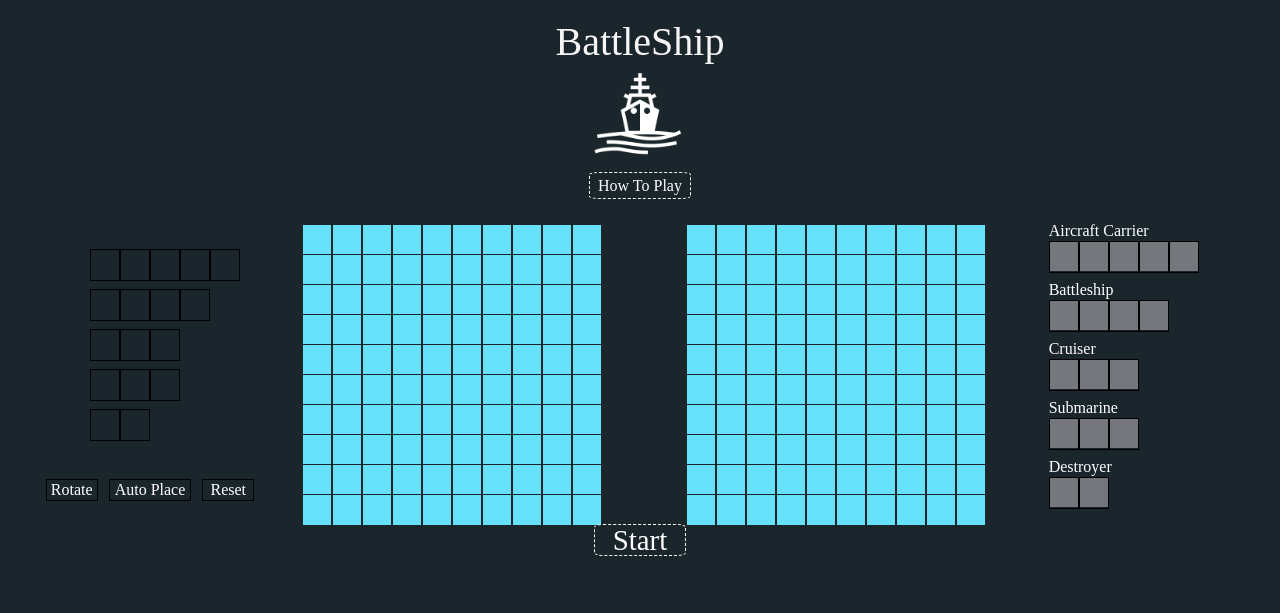
Repository: J-Haze/BattleshipApp
Page: /
An editor plug-in stored every save of this project. The page is shown before and after a run of saves, followed by the edit.
The browser window is 1280 px wide. The pictures show the whole page.
The project was rebuilt for these pictures with package versions that can differ from the ones it lists, and the page was loaded fresh each time. Also part of the build but not shown: src/index.css, src/Components/ModalEnd.js, src/Components/ModalHowTo.js.

Above is the page before, as saved 2020-09-26 22:26:22.

### src/App.js
import React from "react";
import "./App.css";
import Game from "./Components/Game";
import Header from "./Components/Header"
// import { ProgressPlugin } from "webpack";

//test

function App() {
  return (
    <div className="App">
      <Header />
      <Game />
    </div>
  );
}

export default App;

### src/App.css
/* test */
:root{
    --black: #1B262C;
    --cyan: #67E1F9;
    --red: #d31727;
    --gray: #74777C;
    --white: #FFFFFF;
}

body {
    color: var(--white);
    background-color: var(--black)
}

header {
    /* border: 1px solid black; */

    display: flex;
    flex-direction: column;
    justify-content: center;
    align-items: center;
    margin-left: auto;
    margin-right: auto;
    width: 1200px;
    /* height: 80px; */

}

/* div {
    border: 1px solid black;
} */

#battleship{
    font-size: 2.5em;
    margin-top: 10px;
    color: rgb(245, 245, 245);
}

#battleship-icon{
    width: 100px;
    margin-top: 2px;
    margin-bottom: 5px;
}

#how-to{
    border: 1px dashed var(--white);
    border-radius: 10%;
    height: 25px;
    width: 100px;
    display: flex;
    justify-content: center;
    align-items: center;
}

#how-to:hover{
    cursor: pointer;
}

#game{
    width: 1200px;
    height: 350px;
    display: flex;
    flex-direction: column;
    /* border: 1px solid blue; */
    margin-left: auto;
    margin-right: auto;
}

.column{
    width: 400px;
    height: 100%;
    /* border: 1px solid red; */
}

.board{
    height: 300px;
    width: 300px;
    margin-left: auto;
    margin-right: auto;
    margin-top: 25px;

    display: grid;
    grid-template-columns: repeat(1, 1fr);
    grid-template-rows: repeat(10, 1fr);
    /* gap: 2px; */
}

.row{
    display: flex;
    /* height: 30px; */
    height: 1fr;
    width: 1fr;
}

.square{
    /* height: 100%;
    width: 10%; */
    display: flex;
    height: 100%;
    width: 10%;
    background-color: var(--cyan);
    border: 1px solid var(--black);
}

.ship{
    background-color: var(--gray);
    height: 100%;
    width: 100%;
}

.hit{
    background-color:var(--red);
    color: black;
    height: 100%;
    width: 100%;
    display: flex;
    justify-content: center;
    align-items: center;
    font-size: 1.4em;
    font-weight: bold;
}

.miss{
    background-color:var(--white);
    height: 100%;
    width: 100%;
    display: flex;
    justify-content: center;
    align-items: center;
    color: black;
    font-size: 1.3em;
}

.sunk{
    background-color: var(--black);
    opacity: 100%;
    height: 100%;
    width: 100%;
}

.empty{
    /* background-color: yellow; */
    height: 100%;
    width: 100%;
}

.clickable:hover{
    background-color: rgb(205, 205, 205);
    /* opacity: 20%; */
    cursor: pointer;
}

#top-row{
    display: flex;
    width: 1200px;
    height: 350px;
    /* border: 1px solid blue; */
    margin-left: auto;
    margin-right: auto;
}

#bottom-row{
    display: flex;
    width: 1000px;
    /* height: 30px; */
    /* border: 1px solid blue; */
    margin-left: auto;
    margin-right: auto;
}

#start-button{
    margin-left: auto;
    margin-right: auto;
    border: 1px dashed var(--white);
    border-radius: 10%;
    height: 25px;
    width: 100px;
    display: flex;
    justify-content: center;
    align-items: center;
}

.fleet-square{
    width: 30px;
    height: 30px;
    border: 1px solid black;
}

.ship-text{
    margin-left: 20px;
    margin-right: auto;
    margin-bottom: 1px;
    /* border: 1px solid black; */
}

.fleet-horizontal{
    height: 220px;
    width: 220px;
    margin-top: 23px;
    margin-left: auto;
    margin-right: auto;
}

#player-fleet{
    height: 220px;
    width: 170px;
    margin-top: 23px;
    margin-left: 50px;
    margin-right: auto;
}

#computer-fleet{
    height: 220px;
    width: 220px;
    margin-top: 23px;
    margin-left: auto;
    margin-right: auto;
}

.player-fleet{
    display: flex;
    flex-direction: column;
    height: 220px;
    width: 220px;
    margin-top: 50px;
    margin-left: auto;
    margin-right: auto;
}

.fleet-vertical{
    display: flex;
    height: 220px;
    width: 220px;
    margin-top: 50px;
    margin-left: auto;
    margin-right: auto;
}

.ship-harbor-vertical{
    display: flex;
    flex-direction: column;
    width: 30px;
    margin-left: 10px;
    margin-top: 50px;
    border: none;
}

.ship-harbor-horizontal{
    display: flex;
    height: 30px;
    margin-bottom: 10px;
    margin-left: 20px;
    border: none;
    background-color: var(--gray);
}

.ship-harbor-horizontal-player{
    display: flex;
    height: 30px;
    margin-bottom: 10px;
    margin-left: 50px;
    border: none;
}

#setup{
    margin-left: auto;
    margin-right: auto;
    justify-content: center;
    align-items: center;
}

#setup-container{
    margin-left: auto;
    margin-right: auto;
    justify-content: center;
    align-items: center;
}

#setup-buttons{
    display: flex;
    margin-top: 10px;
}

.btn{
    height: 20px;
    display: flex;
    justify-content: center;
    align-items: center;
    margin-left: auto;
    margin-right: auto;
    border: 1px solid black;
}

.btn:hover{
    cursor: pointer;
}

#rotate{
    width: 50px;
}

#auto-place{
    width: 80px;
}

#reset{
    width: 50px;
}

.carrier-horizontal{
    width: 150px;
}

.battleship-horizontal{
    width: 120px;
}

.cruiser-horizontal{
    width: 90px;
}

.submarine-horizontal{
    width: 90px;
}

.destroyer-horizontal{
    width: 60px;
}

.carrier-vertical{
    margin-left: 30px;
    height: 150px;
}

.battleship-vertical{
    height: 120px;
}

.cruiser-vertical{
    height: 90px;
}

.submarine-vertical{
    height: 90px;
}

.destroyer-vertical{
    height: 60px;
}

.toggle{
    background-color: gray;
}

.boat-placed{
    background-color: black;
    width: 30px;
    height: 30px;
    border: 1px solid black;
}

#start-button{
    /* border: 1px solid black; */
    display: flex;
    justify-content: center;
    align-items: center;

    width: 90px;
    height: 30px;
    font-size: 1.8em;
}

#start-button:hover{
    cursor: pointer;
}

#newGame{
    /* border: 1px solid black; */
    display: flex;
    justify-content: center;
    align-items: center;
    margin-left: auto;
    margin-right: auto;
    width: 100px;
    height: 30px;
    border: 1px dashed var(--white);
    border-radius: 10%;
    font-size: 1.2em;
}

#newGame:hover{
    cursor: pointer;
}


/* End of Game Modal */

.modal{
    display: block;
    position: fixed;
    z-index: 1;
    left: 0;
    top: 0;
    width: 100vw;
    min-width: 1200px;
    height: 100vh;
    /* overflow: auto; */
    background-color: rgb(0,0,0);
    background-color: rgba(0,0,0,0.4);
  }

  .modal-content{
    display: flex;
    flex-direction: column;
    background-color: #fefefe;
    margin-left: auto;
    margin-right: auto;
    margin-top: 1vh;
    padding: 20px;
    padding-top: 0px;
    border: 1px solid #888;
    width: 600px;
    justify-content: center;
    align-items: center;
    color: black;
    margin-top: 40px;
  }

  .close{
    color: #aaa;
    float: right;
    margin-left: 100%;
    font-size: 28px;
    height: 10px;
    font-weight: bold;
    /* border: 1px solid black; */
  }

  .close:hover, .close:focus {
    color: black;
    text-decoration: none;
    cursor: pointer;
  }

  .message{
      font-size: 3em;
      /* border: 1px solid black; */
      margin-bottom: 5px;
  }

.image{
    width: 500px;
    margin-left: auto;
    margin-right: auto;
    margin-bottom: 20px;
}

.space{
    margin-top: 7px;
}

.phases{
    margin-top: 15px;
}

.setup-space{
    margin-top: 3px;
}

.indent{
    /* margin-left: 5px; */
}

.howToTop{
    font-size: 1.5em;
}

.head{
    font-size: 1.4em;
}

.phases{
    margin-top: 5px;
    margin-bottom: 5px;
}

.list{
    margin-bottom: 2px;
}

#howToModal{
    height: 560px;
}

### src/Components/Game.js
import React, { useState, useEffect } from "react"
import shipFactory from "../factories/ship"
import gameboardFactory from "../factories/gameboard"
import player from "../factories/player"
import Board from "./Board.js"
import Row from "./Row.js"
import PlayerFleet from "./PlayerFleet.js"
import Fleet from "./Fleet.js"
import ModalEnd from "./ModalEnd.js"


function Game() {
    const [playerState, setPlayer] = useState(player("Player"))
    const [computer, setComputer] = useState(player("Computer")) //Eventually change to "computer"
    // ^^^ or get rid of argument


    const [rowState, setRowState] = useState([]);
    let rows = [];

    const [orientation, setOrientation] = useState("horizontal");
    const [placingShip, setPlacingShip] = useState(null);

    const [refresh, setRefresh] = useState(false);
    const [update, setUpdate] = useState(false);

    // const [phase, setPhase] = useState("playerTurn")
    const [phase, setPhase] = useState("setup")

    // const [modalOpen, setModalOpen] = useState(false);
    // const [winner, setWinner] = useState(null);
    const [modalOpen, setModalOpen] = useState(null);
    const [winner, setWinner] = useState(null);

    function handlePlaceShip(id) {
        playerState.gameboard.placeShip(placingShip, id, orientation);
        setPlayer(playerState)
        setUpdate(!update)
    }


    function togglePlacement(toggledShip) {
        if (playerState.gameboard.boatsPlaced.includes(toggledShip)) {
            console.log("Ship already placed")
            return
        }

        if (placingShip == toggledShip) {
            setPlacingShip(null)
        } else {
            setPlacingShip(toggledShip)
        }
    }

    function rotateShips() {
        if (orientation == "vertical") {
            setOrientation("horizontal")
        } else if (orientation == "horizontal") {
            setOrientation("vertical")
        } else {
            console.log("error- rotation")
        }
    }

    let randomID = "";
    let orientationNumber = "";
    let randomOrientation = ""

    function getRandomInt(min, max) {
        min = Math.ceil(min);
        max = Math.floor(max);
        return Math.floor(Math.random() * (max - min + 1)) + min;
    }

    function autoPlaceShipPlayer(ship) {
        while (!playerState.gameboard.boatsPlaced.includes(ship)) {
            randomID = getRandomInt(0, 99);
            orientationNumber = getRandomInt(0, 1);
            (orientationNumber == 0) ? randomOrientation = "horizontal" : randomOrientation = "vertical";
            playerState.gameboard.placeShip(ship, randomID, randomOrientation);
        }
    }

    function autoPlaceShipComputer(ship) {
        while (!computer.gameboard.boatsPlaced.includes(ship)) {
            randomID = getRandomInt(0, 99);
            orientationNumber = getRandomInt(0, 1);
            (orientationNumber == 0) ? randomOrientation = "horizontal" : randomOrientation = "vertical";
            computer.gameboard.placeShip(ship, randomID, randomOrientation);
        }
    }

    function autoPlace(user) {
        if (user == "player") {
            resetBoard();
            autoPlaceShipPlayer("carrier");
            setPlayer(playerState);
            autoPlaceShipPlayer("battleship");
            setPlayer(playerState);
            autoPlaceShipPlayer("cruiser");
            setPlayer(playerState);
            autoPlaceShipPlayer("submarine");
            setPlayer(playerState);
            autoPlaceShipPlayer("destroyer");
            setPlayer(playerState);
            setUpdate(!update);
        };

        if (user == "computer") {
            autoPlaceShipComputer("carrier");
            setComputer(computer);
            autoPlaceShipComputer("battleship");
            setComputer(computer);
            autoPlaceShipComputer("cruiser");
            setComputer(computer);
            autoPlaceShipComputer("submarine");
            setComputer(computer);
            autoPlaceShipComputer("destroyer");
            setComputer(computer);
            setUpdate(!update);
            setRefresh(!refresh);
        };
    };

    function resetBoard() {
        setPlayer(player("Player"));
        setComputer(player("Computer"));
        setPlacingShip(null);
        setUpdate(!update);
        setRefresh(!refresh);
    }

    let attackCoord = "";

    function startGame() {
        if (playerState.gameboard.boatsPlaced.length > 4) {
            autoPlace("computer")
            setPhase("playerTurn")
        }
    };

    function handleClick(id) {
        attackCoord = playerState.sendAttack(id);
        computer.gameboard.receiveAttack(attackCoord);
        setRefresh(!refresh);
        console.log("allSunk?", computer.gameboard.boatsSunk.length)
        if (computer.gameboard.boatsSunk.length > 4) {
            console.log(computer.gameboard.boatsSunk)
            setWinner("Player")
            setModalOpen(true)
            setPhase("gameOver")
        } else {
            setPhase("computerTurn");
        }
    };

    function createRows(board) {
        rows = [];
        for (let i = 0; i < board.length; i += 10) {
            rows.push(board.slice(i, i + 10));
        }
        setRowState(rows);
    }

    useEffect(() => {
        createRows(computer.gameboard.board);
    }, [computer, refresh]
    );

    let randomAttack = 0;
    function computerAttack() {

        attackCoord = computer.sendAttack(1);
        playerState.gameboard.receiveAttack(attackCoord);
        setPlayer(playerState)
        setUpdate(!update);
        setRefresh(!refresh);

        if (playerState.gameboard.boatsSunk.length > 4) {
            console.log(playerState.gameboard.boatsSunk)
            setWinner("Computer")
            setModalOpen(true)
            setPhase("gameOver")
        } else {
            setPhase("playerTurn");
        }
    }



    useEffect(() => {
        if (phase == "computerTurn") {
            computerAttack();
        }
    }, [phase]
    )

    function newGame() {
        resetBoard();
        setModalOpen(false);
        setWinner(null);
        setPhase("setup");
    }

    function hideModal() {
        setModalOpen(false);
    }

    return (
        <div id="game">
            <div id="top-row">
                {modalOpen && <ModalEnd
                    winner={winner}
                    newGame={newGame}
                    hideModal={hideModal}
                />}
                <div id="setup">
                    {(phase == "setup") ?
                        <div id="setup-container">
                            <PlayerFleet
                                id="setup-fleet"
                                className="player-fleet"
                                orient={orientation}
                                togglePlacement={togglePlacement}
                                placingShip={placingShip}
                                phase={phase}
                                boatsPlaced={playerState.gameboard.boatsPlaced}
                                update={update}
                            />
                            <div id="setup-buttons">
                                <div id="rotate" className="btn" onClick={() => rotateShips()}>Rotate</div>
                                <div id="auto-place" className="btn" onClick={() => autoPlace("player")}>Auto Place</div>
                                <div id="reset" className="btn" onClick={() => resetBoard()}>Reset</div>
                            </div>
                        </div>
                        :
                        <Fleet
                            id="player-fleet"
                            phase={phase}
                            boatsSunk={playerState.gameboard.boatsSunk}
                            refresh={refresh}
                        />
                    }
                </div>

                <div id="col-one" className="column">
                    <Board
                        key={"player"}
                        id="player-board"
                        board={playerState.gameboard.board}
                        phase={phase}
                        boardID={"player"}
                        handlePlaceShip={handlePlaceShip}
                        update={update}
                    // handleClick={}
                    // handleTest={handleTest}
                    />


                </div>
                <div id="col-two" className="column">
                    <div id="computer-board" className="board">
                        {rowState.map((row, i) => {
                            return (
                                <Row
                                    key={i}
                                    roww={i}
                                    rowObj={row}
                                    handleClick={handleClick}
                                    phase={phase}
                                    boardID={"computer"}
                                    update={update}
                                />
                            );
                        })
                        }
                    </div>
                </div>

                {/* <div id="computer-fleet" className="fleet"></div> */}
                <Fleet
                    id="computer-fleet"
                    phase={phase}
                    boatsSunk={computer.gameboard.boatsSunk}
                    refresh={refresh}
                />
            </div>
            <div id="bottom-row">
                {(phase == "setup") ?
                    < div id="start-button" onClick={() => startGame()}>Start</div> :
                    <div id="newGame" onClick={() => newGame()}>New Game</div>}
            </div>
        </div>
    )
}

export default Game;

### src/Components/Header.js
import React, { useState, useEffect } from "react"
import ModalHowTo from "./ModalHowTo.js"
import battleship from "../assets/battleship.png"
// import shipFactory from "../factories/ship"
// import gameboardFactory from "../factories/gameboard"
// import player from "../factories/player"


function Header() {
    const [howToOpen, setHowToOpen] = useState(false);


    function howTo() {
        setHowToOpen(true)
    }

    function hideHowTo() {
        setHowToOpen(false)
    }

    return (
        <header>
            <div id="battleship">BattleShip</div>
            <img id="battleship-icon" src={battleship} />
            <div id="how-to" onClick={() => howTo()}> How To Play
            </div>
            {howToOpen && <ModalHowTo
                hideHowTo={hideHowTo}
            />}
        </header>
    )
}


export default Header;

### src/factories/ship.js

const shipFactory = (shipLength) => {
    const shipNames = {
        1: 'Submarine',
        2: 'Destroyer',
        3: 'Cruiser',
        4: 'Battleship',
        5: 'Carrier',
    };

    const name = shipNames[shipLength];

    if (shipLength == 1) {
        shipLength = 3;
    }


    let ship = [];
    for (let i = 0; i < shipLength; i++) {
        ship.push([false, i, name])
    }

    let hit = (hitLocation) => {
        ship[hitLocation] = [true, hitLocation, name];
        console.log("Hit!", ship)
        console.log(`You've hit my ${name}`)
        // console.log("hits length", hit.length)
        // console.log("ship.length", ship.length)
        return ship
    }

    let isSunk = () => {
        let sunkStatus = false
        ship[0][0] == true ? sunkStatus = true : sunkStatus = false
        for (let square in ship) {
            // console.log("ship:", ship)
            // console.log(ship[square])
            sunkStatus = (ship[square][0] && sunkStatus)
        }
        // let sunkStatus = ship[0].every(Boolean);
        return sunkStatus
    }

    return {
        //id,
        name,
        shipLength,
        ship,
        hit,
        isSunk
    }
}

// const destroyer = shipFactory(2)
// const cruiser = shipFactory(3)
// const battleship = shipFactory(4)
// const carrier = shipFactory(5)

export default shipFactory;

//export default {shipFactory, destroyer, cruiser, battleship, carrier}

//Comment out with not testing
// module.exports = shipFactory;

### src/factories/player.js
// import shipFactory from "./ship"
import gameboardFactory from "./gameboard"

const player = (playerName) => {
    // const submarine = shipFactory(1)
    // const destroyer = shipFactory(2)
    // const cruiser = shipFactory(3)
    // const battleship = shipFactory(4)
    // const carrier = shipFactory(5)
    const getBoard = gameboardFactory();
    const gameboard = getBoard;
    let attackCoord = 100;
    let index = 100;

    const squaresToGuess = [];

    for (let i = 0; i <= 99; i++) {
        squaresToGuess.push(i);
    }
    // console.log(squaresToGuess)

    //Randomly sends an attack
    const sendAttack = (coord) => {
        // if (playerName == "Computer") {
        // }
        // console.log("yes", playerName)
        if (playerName == "Player") {
            attackCoord = coord;
            index = squaresToGuess.indexOf(attackCoord);
            squaresToGuess.splice(index, 1);
        } else {
            // console.log("s2g", squaresToGuess.length - 1)
            attackCoord = Math.floor(Math.random() * (squaresToGuess.length - 1));
            index = squaresToGuess.indexOf(attackCoord);
            squaresToGuess.splice(index, 1);
            // console.log("index:", index)
        }

        // console.log({ attackCoord })
        // console.log("squares to guess:", squaresToGuess)
        return attackCoord
    }



    //send attack will take coordinates and "send an attack" to the OPPOSING board
    //Need to make sure it has an array of 0-99 and takes away the guessed numbers from that array.
    //random between 0 and array.length

    return {
        gameboard,
        squaresToGuess,
        sendAttack
    }
}








export default player;

### src/Components/Board.js
import React, { useState, useEffect } from "react"
// import shipFactory from "../factories/ship"
// import gameboardFactory from "../factories/gameboard"
// import player from "../factories/player"
// import Square from "./Square.js"
import Row from "./Row.js"
// import Player from "./Player.js"

function Board(props) {
    let { id, board, phase, boardID, handlePlaceShip, update } = props;

    const [rowState, setRows] = useState([]);

    // let rows = [];


    useEffect(() => {
        let rows = [];
        for (let i = 0; i < board.length; i += 10) {
            rows.push(board.slice(i, i + 10));
        }
        setRows(rows);
    }, [update]
    );



    return (
        <div id={id} className="board">
            {/* {squareItems} */}
            {rowState.map((row, i) => {
                return (
                    <Row
                        key={i}
                        roww={i}
                        rowObj={row}
                        phase={phase}
                        boardID={boardID}
                        handlePlaceShip={handlePlaceShip}
                    // position={[i, j]}
                    // position={square}
                    // key={square.}
                    // key={book.title}
                    // book={book}
                    // handleDelete={handleDelete}
                    // toggleRead={toggleRead}
                    // toggleReading={toggleReading}
                    // toggleNotRead={toggleNotRead}
                    />
                );
            })
            }
        </div>
    )
}

export default Board;

### src/Components/Row.js
import React, { useState, useEffect } from "react"
// import shipFactory from "../factories/ship"
// import gameboardFactory from "../factories/gameboard"
// import player from "../factories/player"
import Square from "./Square"

function Row(props) {
    let { roww, rowObj, handleClick, phase, boardID, handlePlaceShip, update } = props;


    useEffect(() => {
        rowObj = rowObj;
    },
        [update]
    );

    return (
        <div className="row">
            {rowObj.map((square, j) => {
                return (
                    <Square
                        key={j}
                        row={roww}
                        col={j}
                        squareObj={square}
                        handleClick={handleClick}
                        phase={phase}
                        boardID={boardID}
                        handlePlaceShip={handlePlaceShip}
                    />
                );
            })
            }
        </div>
    )
};
export default Row;

Loaded but not shown: public/index.html (common file); src/index.js (common file); src/serviceWorker.js (common file); src/factories/gameboard.js (224 lines, source omitted); src/Components/PlayerFleet.js (161 lines, source omitted); src/Components/Fleet.js (81 lines, source omitted); src/Components/Square.js (77 lines, source omitted)

After the next 3 saves:
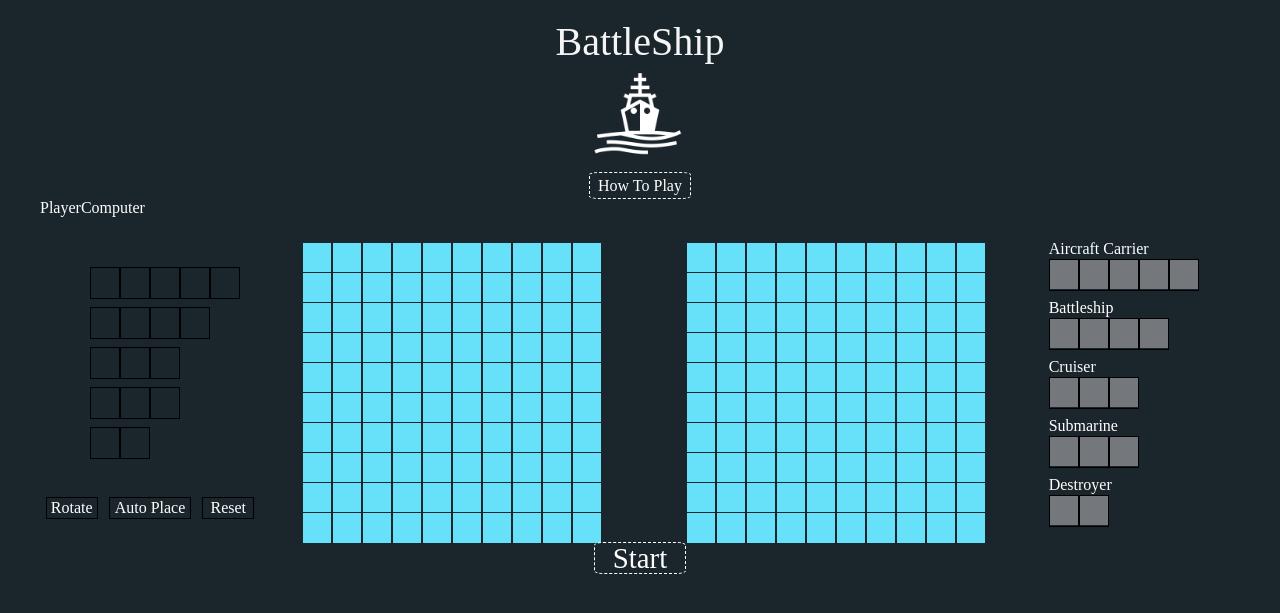
The 3 saves are shown as one change because 2 did not build or start.
The last was saved 8 min 55 s later.
--- a/src/App.css
+++ b/src/App.css
@@ -490,4 +490,9 @@ header {
 
 #howToModal{
     height: 560px;
-}
+    margin-top: 15px;
+}
+
+#header-row{
+    display:flex;
+}
--- a/src/Components/Game.js
+++ b/src/Components/Game.js
@@ -208,6 +208,10 @@ function Game() {
 
     return (
         <div id="game">
+            <div id="header-row">
+                <div id="player-title" className="title">Player</div>
+                <div id="computer-title" className="title">Computer</div>
+            </div>
             <div id="top-row">
                 {modalOpen && <ModalEnd
                     winner={winner}
